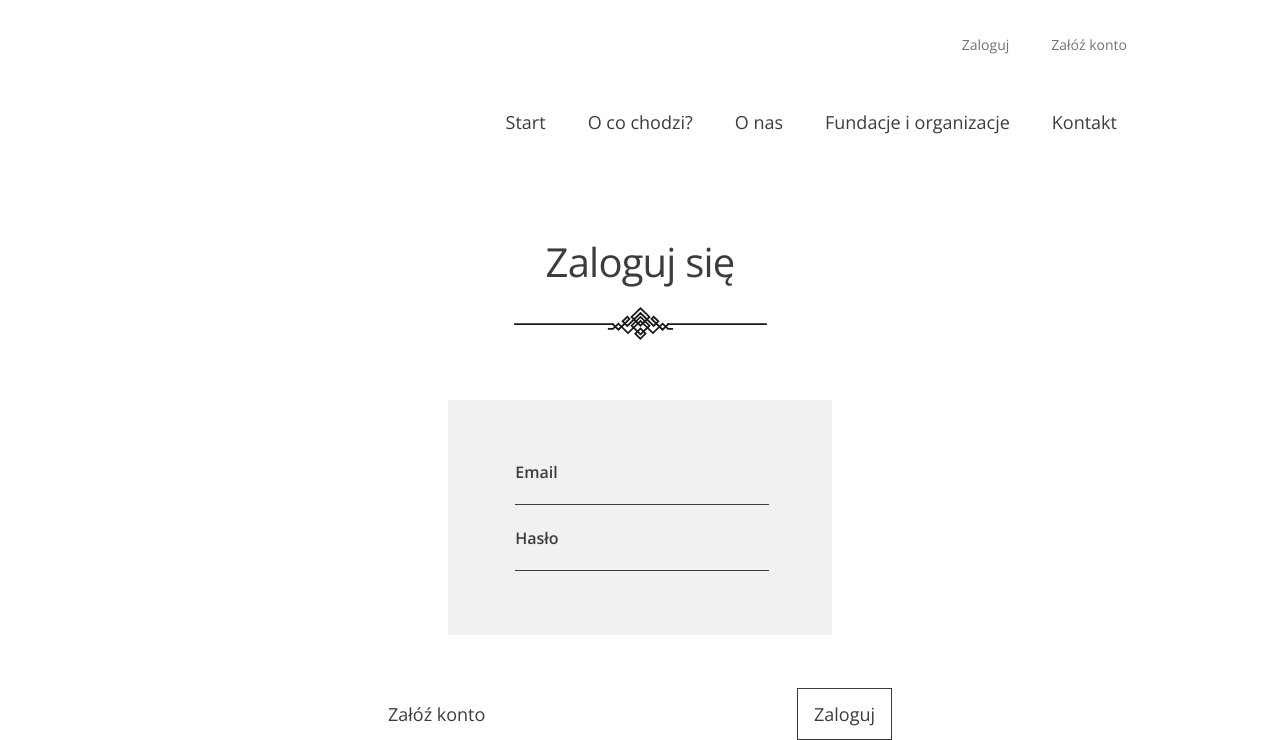
Repository: tomekwoojcik/oddam-w-dobre-rence
Page: /logowanie
The author's editor kept a copy of each file at every save. The page is drawn from the files as they stood at one save, then again after the next save.
The browser window is 1280 px wide. The pictures show the whole page.
The project was rebuilt for these pictures with package versions that can differ from the ones it lists, and the page was loaded fresh each time. Also part of the build but not shown: src/config/supabaseClient.js, src/components/context/databaseContext.js, src/components/atoms/aboutUsImg/aboutUsImg.js, src/components/atoms/aboutUsText/aboutUsText.js, src/components/organisms/aboutUsBar/aboutUsBar.js, src/components/atoms/textAreaInput/textAreaInput.js, src/components/molecules/contactForm/contactForm.js, src/components/molecules/contactUsForm/contactUsForm.js and 27 more.

Above is the page before, as saved 2022-12-14 07:45:17.

After the next save:
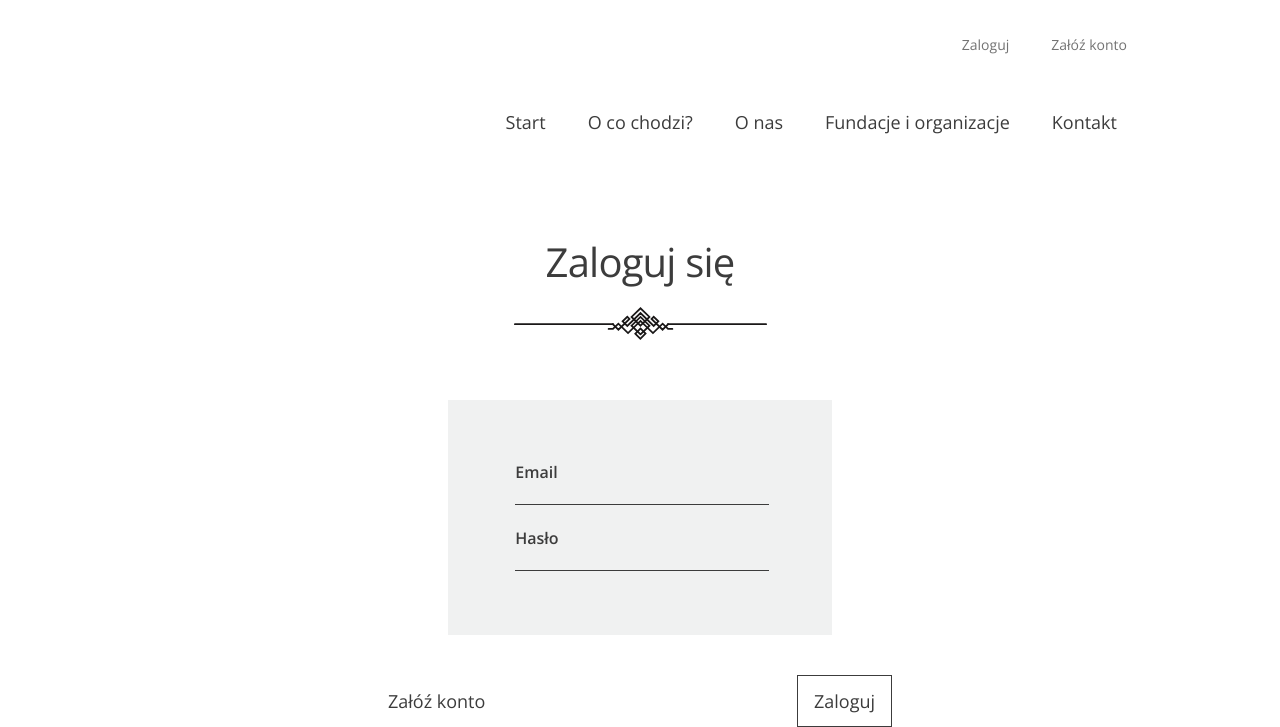
Saved 12 s later.
--- a/src/components/molecules/formLogin/_formLogin.scss
+++ b/src/components/molecules/formLogin/_formLogin.scss
@@ -27,7 +27,7 @@
 
     .btnRow {
         width: 504px;
-        margin-top: 53px;
+        margin-top: 40px;
         display: flex;
         align-content: space-between;
         justify-content: space-between;
